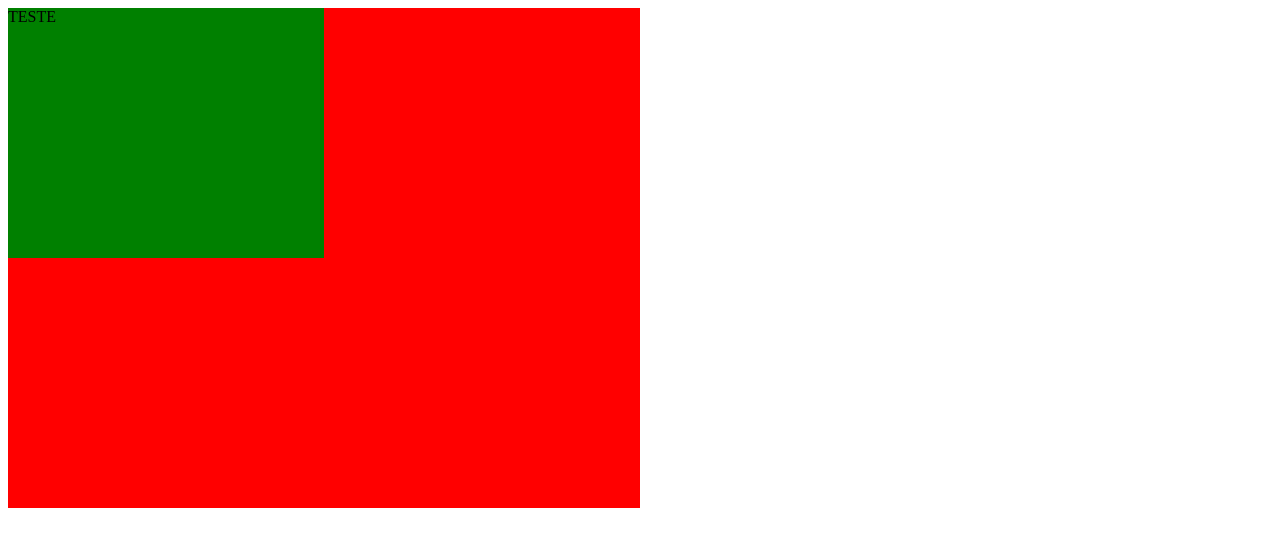
Repository: elourenco001/cursoweb
Page: css/linkcss.html
The author's editor kept a copy of each file at every save. The page is drawn from the files as they stood at one save, then again after the next save.
The browser window is 1280 px wide. The pictures show the whole page.

Above is the page before, as saved 2023-01-26 17:19:44.

After the next save:
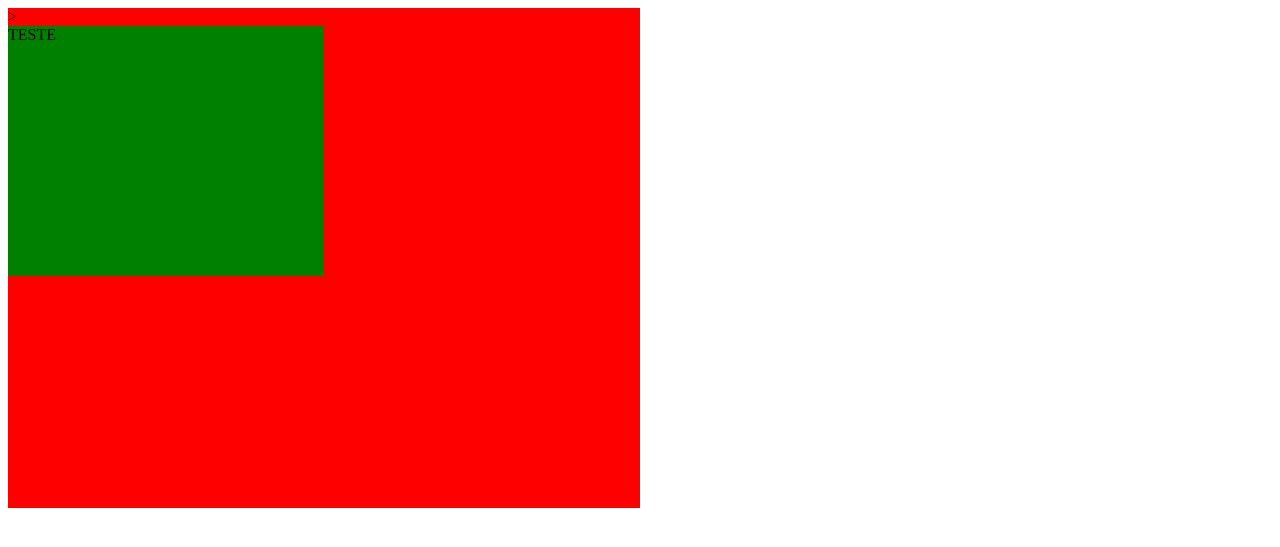
Saved 3 min 4 s later.
--- a/css/linkcss.html
+++ b/css/linkcss.html
@@ -1,15 +1,15 @@
 <!DOCTYPE html>
-<html lang="pt_br">
+<html lang="pt_br"> <!--Formato da Linguagem a ser usada-->
     <head>
         <meta charset="UTF-8">
         <meta http-equiv="X-UA-Compatible" content="Google Chrome">
         <meta name="viewport" content="width-device-width, initial-scaled=1.0">
-    <title>Profissão Programador</title>
+    <title>Profissão Programador</title> <!--TItulo da aba do Navegador-->
 
     <link rel="stylesheet" href="./styles.css"/>
 </head>
 <body>
-    <div class="pai">
+    <div class="pai"> <!--Chamando a classe do CSS-->>
         <div class="filho">
             TESTE
         </div>
